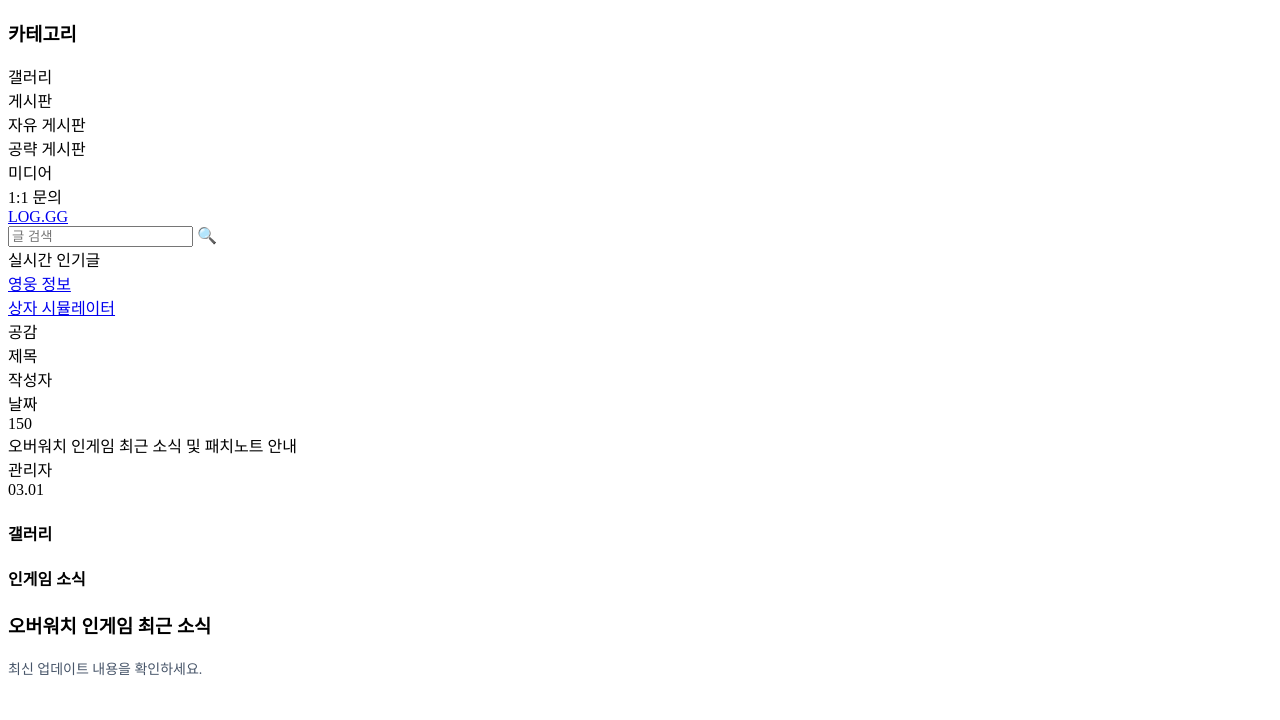
Repository: hoitman297/Semiproject_Team200
Page: http://localhost/SemiProject_Team200/WEB-INF/views/batterground/lol_main.jsp
An editor plug-in stored every save of this project. The page is shown before and after the next save, followed by the edit.
The browser window is 1280 px wide. The pictures show the whole page.
The page is served by Tomcat 9. Nobody is signed in. The template is opened directly, without the code that normally fills it, so the values that code supplies are empty.

Above is the page before, as saved 2026-03-16 02:22:11.

After the next save:
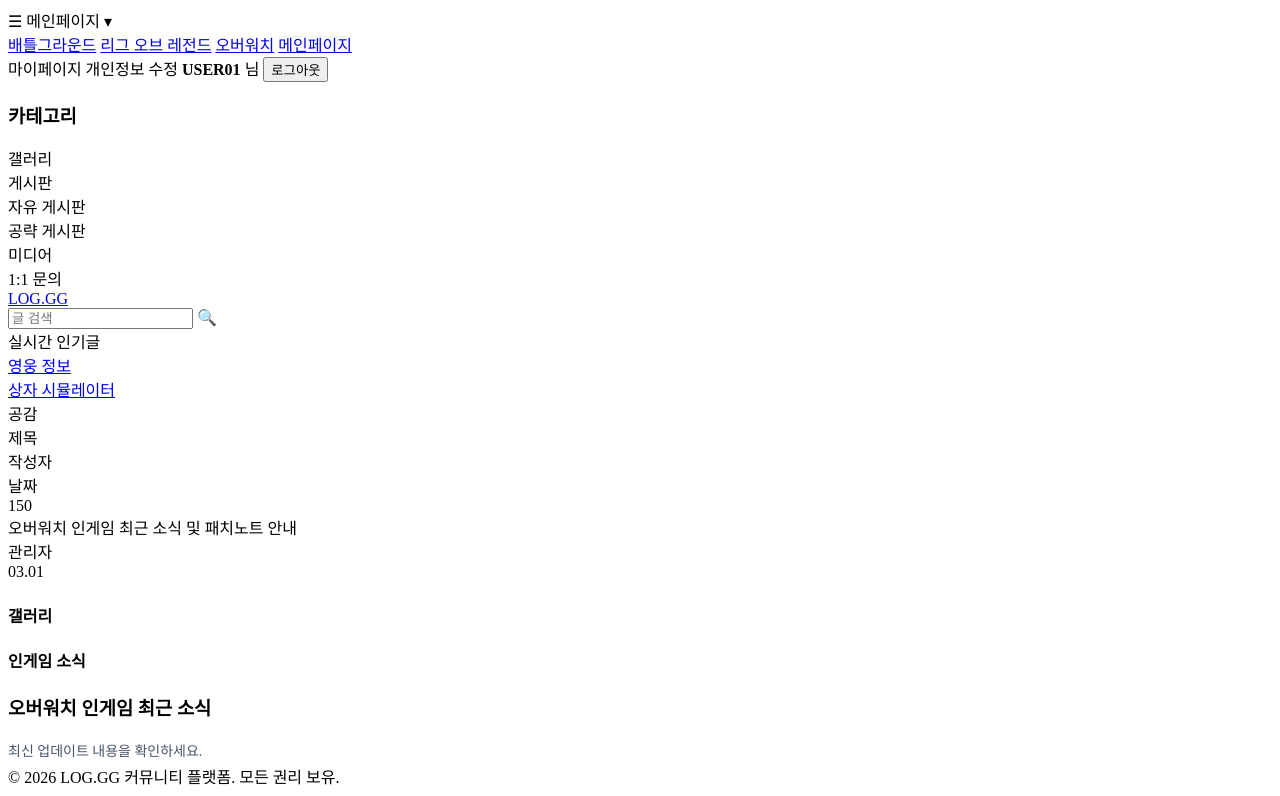
Saved 23 s later.
--- a/SemiProject_Team200/src/main/webapp/WEB-INF/views/batterground/lol_main.jsp
+++ b/SemiProject_Team200/src/main/webapp/WEB-INF/views/batterground/lol_main.jsp
@@ -11,6 +11,7 @@
 </head>
 
 <body>
+<%@ include file="../common/header.jsp" %>
     <div class="main-layout">
         <aside class="side-left">
             <div class="side-card">
@@ -86,6 +87,7 @@
             </div>
         </aside>
     </div>
+<%@ include file="../common/footer.jsp" %>
 </body>
 
 </html>
